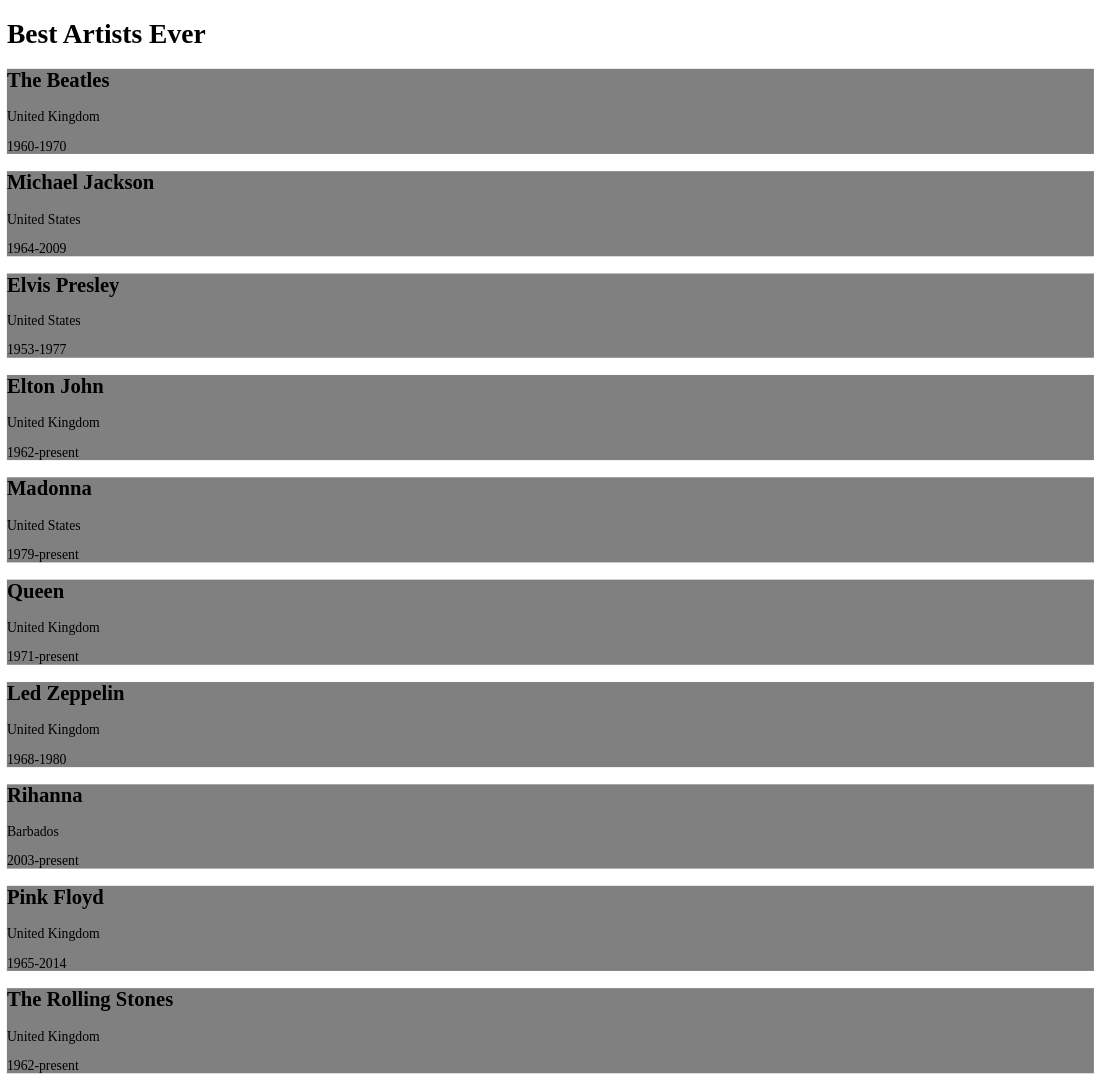
Repository: Jennica1/FRONTEND-LAB2
Page: /
The author's editor kept a copy of each file at every save. The page is drawn from the files as they stood at one save, then again after the next save.
The browser window is 1280 px wide. The pictures show the whole page, at 86% of full size.
The project was rebuilt for these pictures with package versions that can differ from the ones it lists, and the page was loaded fresh each time. Also part of the build but not shown: vite.config.js.

Above is the page before, as saved 2024-09-18 09:01:15.

After the next save:
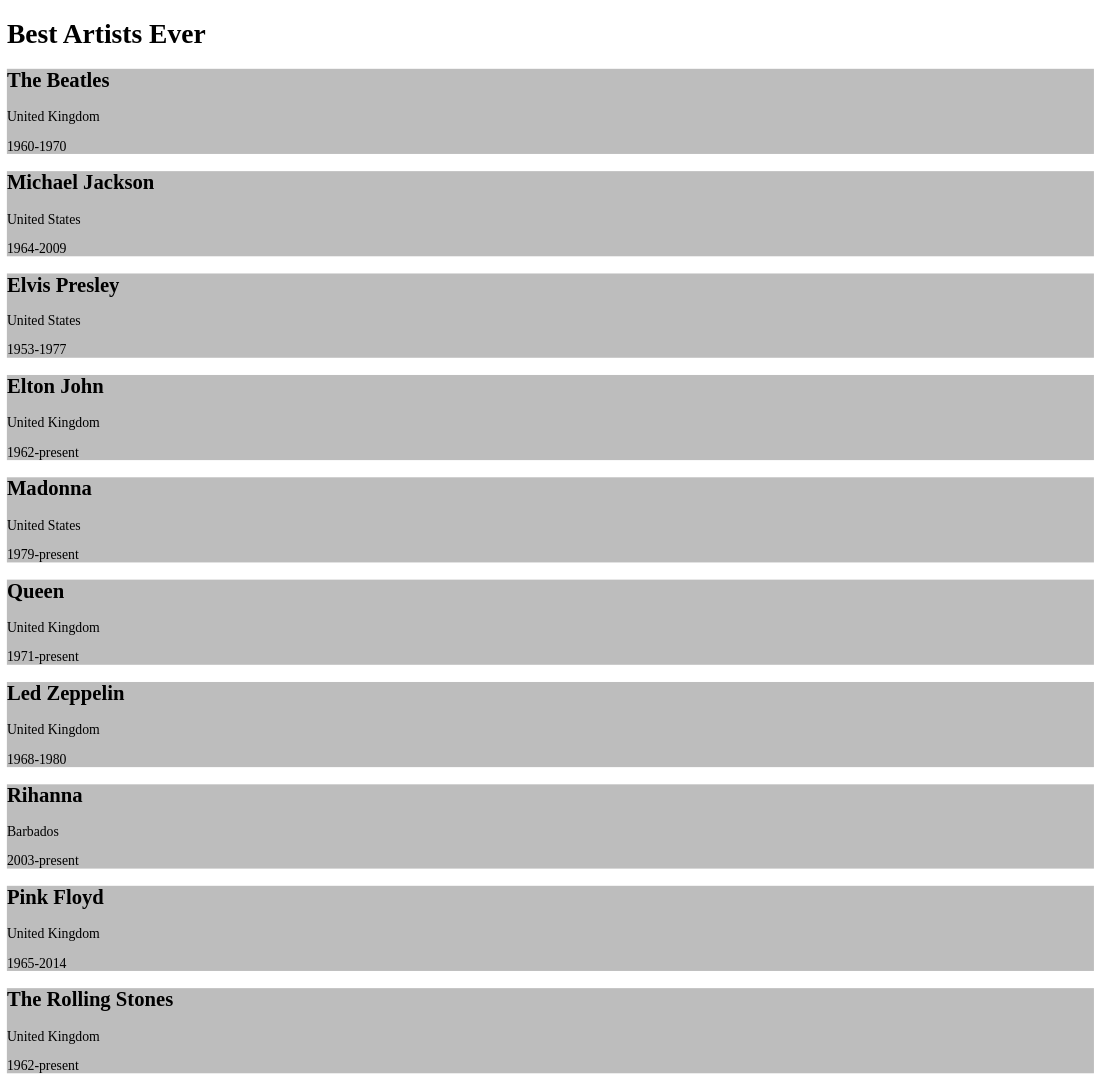
Saved 53 s later.
--- a/src/index.css
+++ b/src/index.css
@@ -1,3 +1,3 @@
 .card {
-    background-color: grey;
+    background-color: rgb(189, 189, 189);
 }
